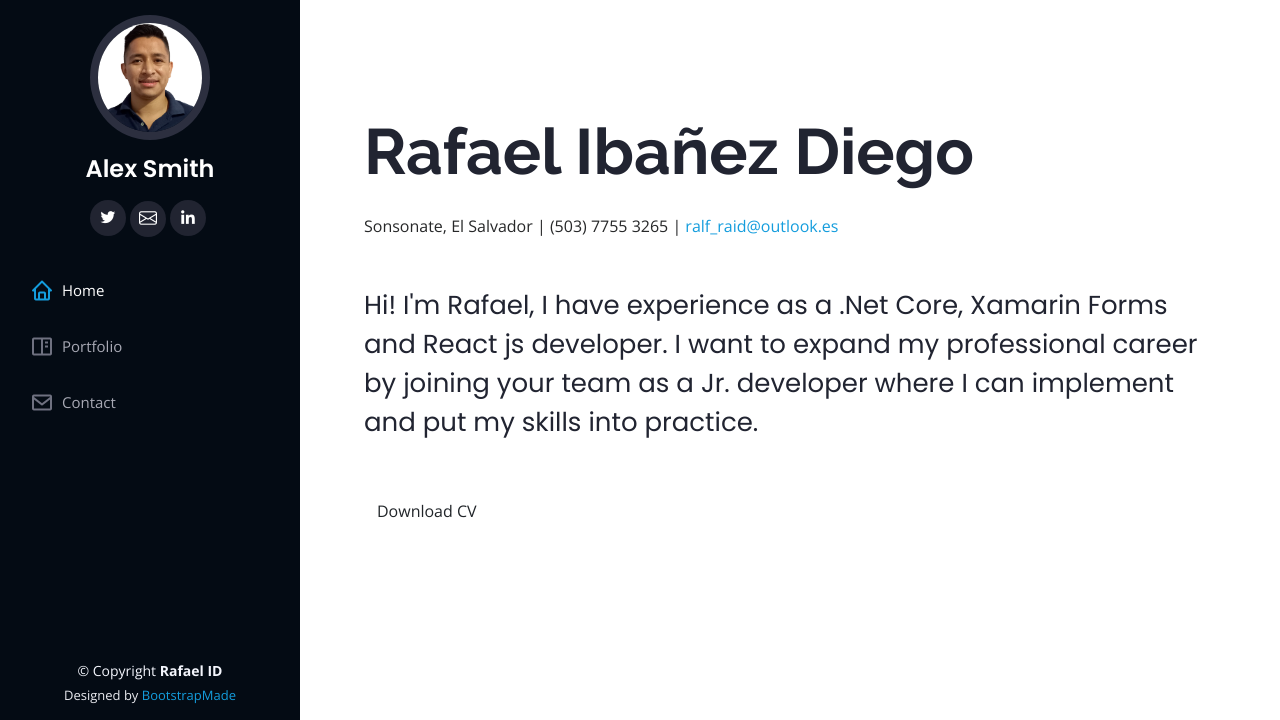
Repository: ralfId/myportfolio
Page: /
The author's editor kept a copy of each file at every save. The page is drawn from the files as they stood at one save, then again after the next save.
The browser window is 1280 px wide. The pictures show the whole page.
The project was rebuilt for these pictures with package versions that can differ from the ones it lists, and the page was loaded fresh each time. Also part of the build but not shown: src/data/projects.js, src/components/Projects/ProjectItem.js, src/components/Projects/ProjectIndex.js, src/helpers/ProjectById.js, src/components/Projects/ProjectDetail.js.

Above is the page before, as saved 2021-09-20 16:06:17.

After the next save:
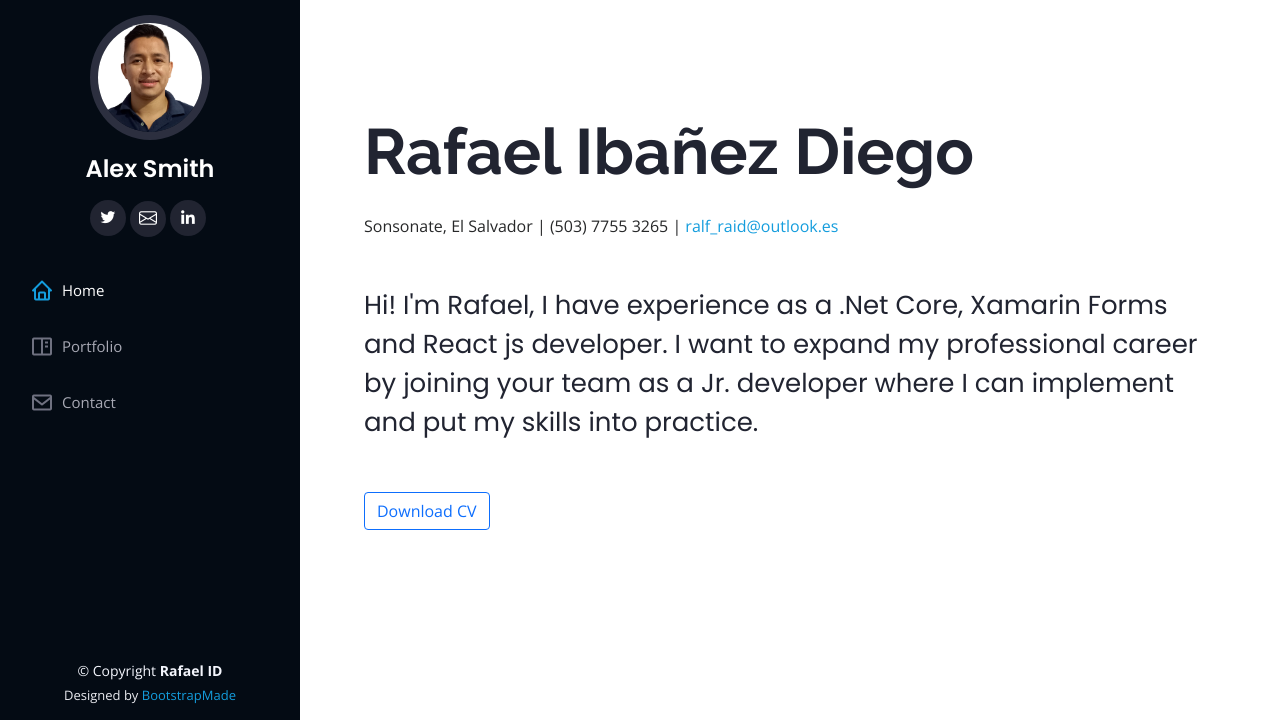
Saved 13 s later.
--- a/src/components/Home.js
+++ b/src/components/Home.js
@@ -22,7 +22,7 @@ export const Home = () => {
                         I want to expand my professional career by joining your team as a Jr. developer where
                         I can implement and put my skills into practice.
                     </p>
-                    <button className="btn btn-outlined-primary">Download CV</button>
+                    <button className="btn btn-outline-primary">Download CV</button>
                 </div>
             </section>
         </>
